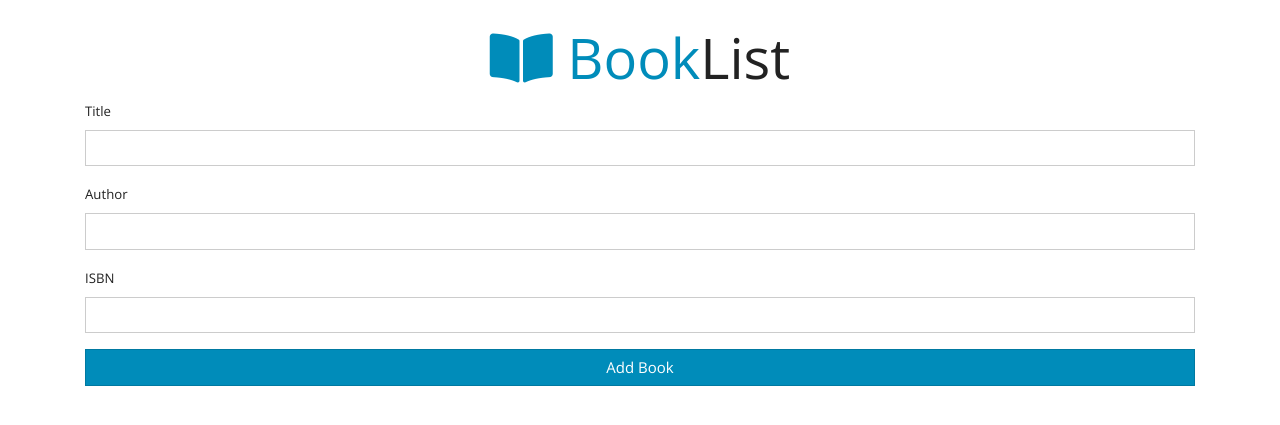
Repository: carrascomcesar/JSBOOKLIST
Page: index.html
The author's editor kept a copy of each file at every save. The page is drawn from the files as they stood at one save, then again after the next save.
The browser window is 1280 px wide. The pictures show the whole page.
Some web libraries are served in a nearby version.

Above is the page before, as saved 2021-02-01 10:42:55.

After the next save:
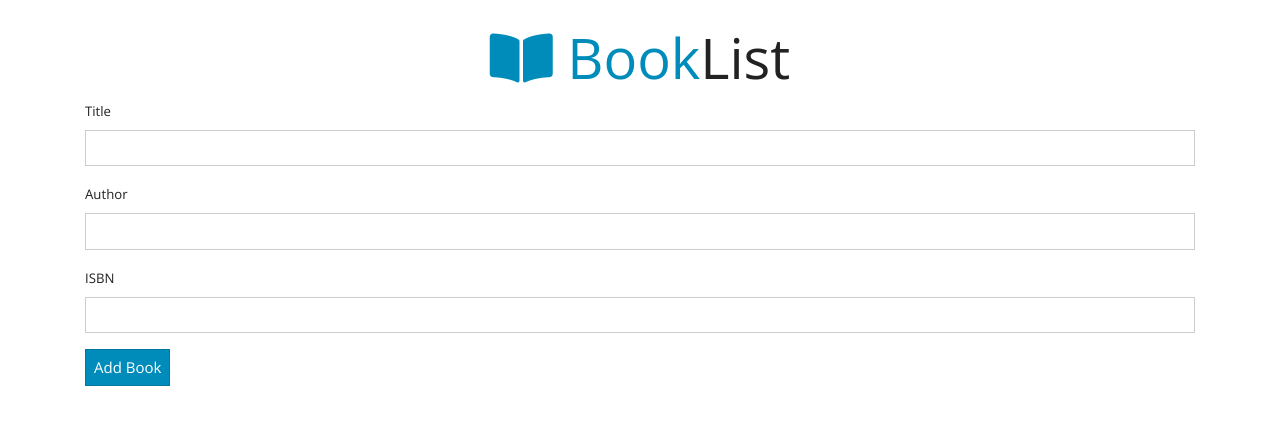
Saved 14 s later.
--- a/index.html
+++ b/index.html
@@ -28,7 +28,7 @@
                 <label for="isbn">ISBN</label>
                 <input type="text" name="" id="isbn" class="form-control">
             </div>
-            <input type="submit" value="Add Book" class="btn btn-primary btn-block">
+            <input type="submit" value="Add Book" class="btn btn-primary btn-bloc">
         </form>
     </div>
 </body>
